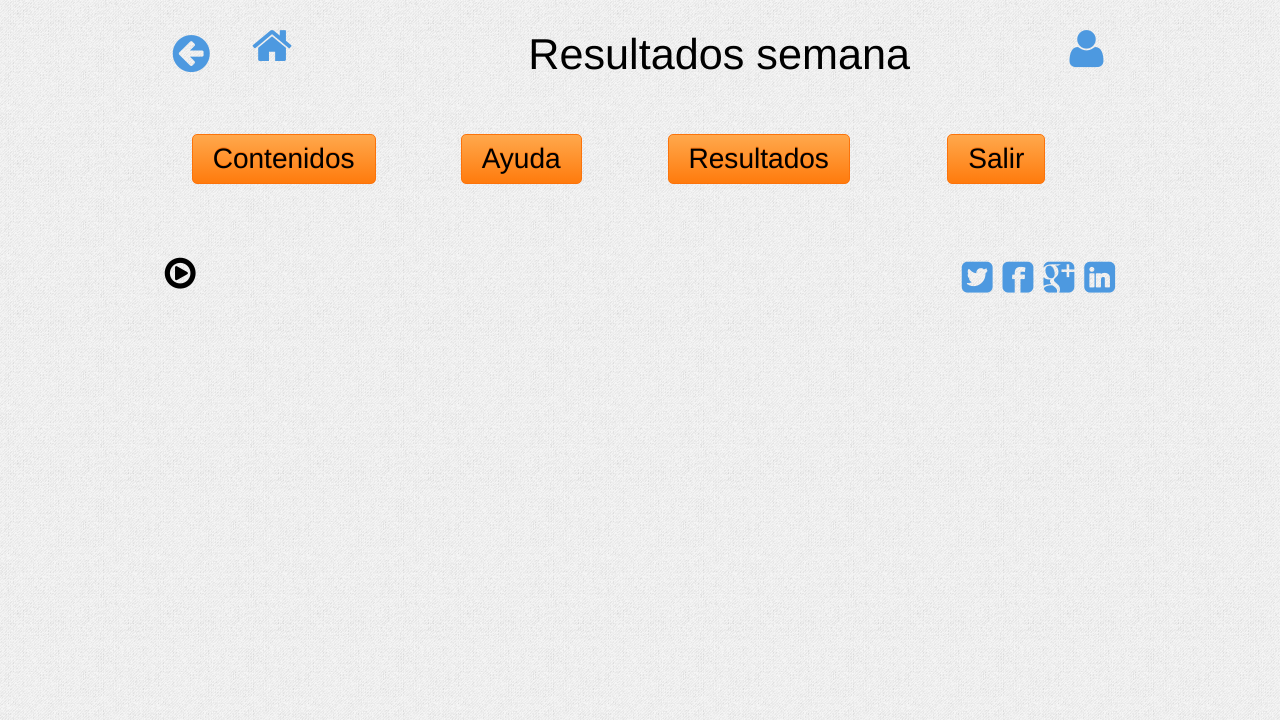
Repository: SCeruso/RememberMe
Page: resultados_semana.html
The author's editor kept a record of every edit. The page is drawn from the files as they stood at one moment, then again after the next edit.
The browser window is 1280 px wide. The pictures show the whole page.
Some web libraries are served in a nearby version.

Above is the page before.

### resultados_semana.html
<!DOCTYPE html>
<html>
<head>
	<!-- META -->
	<title>HTML KickStart Elements</title>
	<meta charset="UTF-8">
	<meta name="viewport" content="width=device-width, initial-scale=1.0"/>
	<meta name="description" content="" />

	<!-- CSS -->
	<link rel="stylesheet" type="text/css" href="css/kickstart.css" media="all" />
	<link rel="stylesheet" type="text/css" href="style.css" media="all" />

	<!-- Javascript -->
	<script type="text/javascript" src="https://ajax.googleapis.com/ajax/libs/jquery/1.9.1/jquery.min.js"></script>
	<script type="text/javascript" src="js/kickstart.js"></script>

</head>
<body>
<div class="grid">
	<div class="col_12">
	    <div class="col_1">
        <h2 class="left">
               <a href="tusimagenes.html">
                  <i class="icon-circle-arrow-left"></i>
                </a>
        </h2>
        </div>
        <div class="col_2">
        <h2 class="left">
                <a href="juegosde.html">
                    <i class="icon-home pull-left"></i>
                </a>
        </div>
        </h2>
        <div class="col_8">
        <h2 class="center">
               <p>Resultados semana</p>
        </h2></div>
        <h2>
        		<a href = "perfil.html">
               <i class="icon-user icon-border pull-right" title="Mi perfil"></i>
		</a>
		</h2>
		<br>
    </div>








    <div class="col_12">
        <div class="col_3">
            <h5 style="margin-bottom:40px;" class="center">
                <a class="large button orange" href="contenido.html"><font color="black">Contenidos</font></a>
            </h5>
        </div>
        <div class="col_3">
            <h5 style="margin-bottom:40px;" class="center">
                <a class="large button orange" href="registrarse.html"><font color="black">Ayuda</font></a>
            </h5>
        </div>
        <div class="col_3">
            <h5 style="margin-bottom:40px;" class="center">
                <a class="large button orange" href="registrarse.html"><font color="black">Resultados</font></a>
            </h5>
        </div>
        <div class="col_3">
            <h5 style="margin-bottom:40px;" class="center">
                <a class="large button orange" href="bienvenido.html"><font color="black">Salir</font></a>
            </h5>
        </div>
    </div>

    <div class="col_12">
        <h3 class="right">
            <a href = "http://www.twitter.com" target = "blank">
                <i class="icon-twitter-sign" title= "Twitter"></i></a>
            <a href = "http://www.facebook.com" target = "blank">
                <i class="icon-facebook-sign" title= "Facebook"></i></a>
            <a href = "http://www.google.com" target = "blank">
                <i class="icon-google-plus-sign" title= "Google +"></i></a>
            <a href = "http://www.linkedin.com" target = "blank">
                <i class="icon-linkedin-sign" title= "Linkedin"></i></a>
            <i class=" icon-play-circle pull-left"></i>

        </h3>
    </div>
</div> <!-- End Grid -->
</body>
</html>

### style.css
/*
	99Lime.com HTML KickStart by Joshua Gatcke
	style.css

*/

/*---------------------------------
	IMPORTS
-----------------------------------*/
@import url(http://fonts.googleapis.com/css?family=Arimo:400,700);

/*---------------------------------
	OVERRIDES
-----------------------------------*/
h1,h2,h3,h4,h5,h6{
font-family: "Arimo", arial, verdana, sans-serif;
font-weight:normal;
}

thead th,
tbody th{
font-family: "Arimo", arial, verdana, sans-serif;
}

button,
a.btn,
input[type="submit"],
input[type="reset"],
input[type="button"]{
font-family: "Arimo", arial, verdana, sans-serif;
}

.menu{
font-family: "Arimo", arial, verdana, sans-serif;
}

blockquote{
font-family: "Arimo", arial, verdana, sans-serif;
}

/*---------------------------------
	LAYOUT
-----------------------------------*/
body{
margin:0;
padding:0 0 0 0;
color:#000;
/*background-repeat:repeat;*/
background:#efefef url(css/img/gray_jean.png);
/*background-size:cover;*/
/*background-image:url(css/img/gray_jean.png);*/
font:normal 0.9em/150% 'Arimo', arial, verdana, sans-serif;
text-shadow: 0 0 1px transparent; /* google font pixelation fix */
}

#wrap{
width:100%;
background:#fff;
margin:30px auto 30px auto;
padding:0 2%;
border:1px solid #ccc;
}


#footer{
text-align:center;
padding:20px;
margin:0;
border-top:1px solid #ddd;
color:#999;
font-size:0.8em;
text-shadow:0px 1px 1px #fff;
position: relative;
top:0;
left:0;
background:#fff;
}

	#link-top{
	display:none;
	}

/* NAV BAR*/
.navbar{
position:fixed;
top:0;
left:0;
width: 100%;
background:#000;
color:#fff;
z-index:1000;
}

	.navbar #logo{
	position:absolute;
	top:0;
	right:0;
	padding:0.5em 1em;
	font-size: 1.7em;
	color:#efefef;
	text-decoration:none;
	}

	.navbar span{
	color:#86dc00;
	}


	.navbar ul{
	display:inline-block;
	margin:0;
	padding:0;
	}

		.navbar li{
		margin:0;
		padding:0;
		list-style-type:0;
		display:inline-block;
		}

		.navbar li a{
		display:inline-block;
		color:#efefef;
		padding:1em 1.3em;
		text-decoration:none;
		text-transform: uppercase;
		line-height:100%;
		font-size: 1.2em;
		}

.callout{
background:#4598ef;/*#86dc00;*/
padding:3em 0;
color:#fff;
box-shadow:inset 0 0 10px rgba(0,0,0,0.2);
text-align: center;
text-shadow:0px 1px 3px rgba(0,0,0,0.2);
display:block;
}
	.callout + div.grid{margin-top:50px;}
	 a.callout{cursor:pointer;}
	 .callout i.icon-4x{font-size:6em;}
	 .callout h4{margin-bottom:30px;}
	 .callout-top{margin:50px 0 0 0;}
	 .callout p{margin-bottom:0;}
	 .callout .button{margin-top:10px;}
	 .callout.green{background:#19ad0b;/*#86dc00;*/}

#mc_embed_signup{
padding:30px 0;
}

#ui-preview{
border:5px solid #ddd;
margin:30px 0;
display:block;
}

### css/kickstart-forms.css
/*---------------------------------
	FORMS
-----------------------------------*/
form{
padding:0;
margin:0;
}

fieldset{
margin:30px 0 20px 0;
padding:5px 15px 15px 15px;
border:1px solid #ccc;
background:#f5f5f5;
-moz-border-radius:5px;
-webkit-border-radius:5px;
border-radius:5px;
position: relative;
top:0;
left:0;
}

	legend{
	-moz-border-radius:5px;
	-webkit-border-radius:5px;
	border-radius:5px;
	border:1px solid #ccc;
	background:#f5f5f5;
	padding:2px 10px;
	margin:0 0 0 0;
	display:block;
	position: relative;
	top:0;
	left:0;
	}

	/*IE ONLY - I know, this is a stop gap*/
	.msie fieldset{padding-top:25px;}
	.msie legend{position:absolute;top:-0.7em;left:10px;}

label{
display:inline-block;
*display:inline;
vertical-align: middle;
margin:0;
padding:0;
position:relative;
top:0;
left:0;
zoom:1;
-moz-box-sizing: border-box;
-webkit-box-sizing: border-box;
box-sizing: border-box;
}

	label.inline{
	display:inline;
	margin:0;
	}

	label span{
	color:#999;
	font-size:0.9em;
	}

	label span.right{
	position:absolute;
	bottom:0;
	right:0;
	text-align:right;
	display:inline-block;
	*display:inline;
	}

	label.disabled{
	color:#ccc;
	}

input{
display:inline-block;
*display:inline;
vertical-align: middle;
width:auto;
zoom:1;
margin:0;
border:1px solid #ccc;
font-size:1em;
padding:5px 0;
text-indent: 5px;
-moz-border-radius:5px;
-webkit-border-radius:5px;
border-radius:5px;
background:#fff;
-moz-box-shadow:inset 0 0 6px #ccc;
-webkit-box-shadow:inset 0 1px 6px #ccc;
box-shadow:inset 0 1px 6px #ccc;
-moz-box-sizing: border-box;
-webkit-box-sizing: border-box;
box-sizing: border-box;
}

	input::-webkit-input-placeholder,
	input:-moz-placeholder,
	.placeholder{
	color:#bbb;
	}

	input::-moz-focus-inner {border:0;}

	input[disabled="disabled"], input.disabled{
	color:#999;
	background:#f5f5f5;
	-moz-box-shadow:inset 0 0 2px #ddd;
	-webkit-box-shadow:inset 0 1px 2px #ddd;
	box-shadow:inset 0 1px 2px #ddd;
	}

	/* FOCUS STATES */
	input[type="text"]:focus,
	textarea:focus,
	button:focus,
	a.button:focus,
	select:focus,
	input[type="file"]:focus,
	input[type="password"]:focus{
	-webkit-box-shadow: 0 0 7px #6DB9FF;
	-moz-box-shadow   : 0 0 7px #6DB9FF;
	box-shadow        : 0 0 7px #6DB9FF;
	border: 1px solid #50B1FE;
	outline: none;
	}

	/* TRANSITION */
	input[type="text"],
	textarea,
	button,
	a.button,
	a,
	input[type="file"]{
	-moz-transition: -moz-box-shadow 0.5s, border 0.5s, background 0.5s;
	-webkit-transition: -webkit-box-shadow 0.5s, border 0.5s, background 0.5s;
	-o-transition:  box-shadow 0.5s, border 0.5s, background 0.5s;
	transition: box-shadow 0.5s, border 0.5s, background 0.5s;
	}

input.checkbox,
input[type="checkbox"]{
display:inline;
width:auto;
margin:0;
padding:0;
border:0;
background:none;
vertical-align:center;
*vertical-align: top;
}

input.radio,
input[type="radio"]{
display:inline;
width:auto;
margin:0;
padding:0;
border:0;
background:none;
vertical-align:center;
*vertical-align: top;
}

	input[type="radio"]:focus,
	input[ type="checkbox"]:focus{
	-webkit-box-shadow: 0 0 5px #6DB9FF;
	-moz-box-shadow   : 0 0 5px #6DB9FF;
	box-shadow        : 0 0 5px #6DB9FF;
	outline-color: #6DB9FF;
	}

input.file,
input[type="file"]{
/*font-size:0.8em;*/
-moz-box-shadow:none;
-webkit-box-shadow:none;
box-shadow:none;
border:none;
}

select{
display:inline;
width:auto;
margin:0;
border:1px solid #ccc;
line-height:100%;
padding:3px;
vertical-align: middle;
}

        select[disabled="disabled"], select.disabled{
        color:#999;
        background:#f5f5f5;
        -moz-box-shadow:inset 0 0 2px #ddd;
        -webkit-box-shadow:inset 0 1px 2px #ddd;
        box-shadow:inset 0 1px 2px #ddd;
        }

textarea{
width:auto;
height:200px;
margin:0;
border:1px solid #ccc;
padding:5px;
vertical-align: middle;
font-family:inherit;
font-size:0.9em;
-moz-border-radius:5px;
-webkit-border-radius:5px;
border-radius:5px;
-moz-box-shadow:inset 0 0 6px #ccc;
-webkit-box-shadow:inset 0 1px 6px #ccc;
box-shadow:inset 0 1px 6px #ccc;
-moz-box-sizing: border-box;
-webkit-box-sizing: border-box;
box-sizing: border-box;
}

/*---------------------------------
	COLUMN SIZES
-----------------------------------*/

/* sizes */
input[class*="col_"],
select[class*="col_"],
label[class*="col_"]{
float:none;display:inline-block;*display:inline;margin-bottom:0;
*margin-left: 0.5%;*margin-right: 0.5%;/* this is for IE 7 Only and is not a good fix - work needed here */
}

/*---------------------------------
	FORMS VERTICAL
-----------------------------------*/
form.vertical{

}

	form.vertical label{display:block;}
	form.vertical input,
	form.vertical select,
	form.vertical textarea{width:100%;display:block;margin-bottom:10px;}
	form.vertical .chzn-container{display:block;margin-bottom:10px;}
	form.vertical .chzn-choices{display:block;margin-bottom:10px;}

	/* radios & checks */
	form.vertical input.checkbox,
	form.vertical input[type="checkbox"],
	form.vertical input.radio,
	form.vertical input[type="radio"],
	form.vertical label.inline{display:inline;width:auto;margin:0;}
/*---------------------------------
	FORM VALIDATION
-----------------------------------*/
label.error{color:red;}
input.error{border:1px solid red;}
select.error{border:1px solid red;}

/*---------------------------------
	NOTICES
-----------------------------------*/
.notice{
border:1px solid gold;
background:lightyellow;
padding:10px 20px 10px 40px;
margin:10px 0;
-moz-border-radius:5px;
-webkit-border-radius:5px;
border-radius:5px;
color:#DEAE00;
line-height:120%;
vertical-align: center;
text-shadow:0px 1px rgba(255,255,255,0.5);
position:relative;
top:0;
left:0;
clear:both;
}

	.notice.warning{}/*default*/
	.notice.error{border:1px solid red;background:pink;color:red;}
	.notice.success{border:1px solid green;background:lightgreen;color:green;}
	.notice i[class^='icon-']{position:absolute;top:50%;left:0.8em;margin-top:-0.6em;}
	.notice a[class^='icon-remove'],
	.notice a[class^='icon-remove']:active,
	.notice a[class^='icon-remove']:visited{font-size:12px;position:absolute;top:5px;right:5px;left:auto;color:inherit;margin-top:0;left:auto;}

### css/kickstart-grid.css
/*
	99Lime.com HTML KickStart by Joshua Gatcke
	kickstart-grids.css

	DO NOT EDIT THIS FILE unless you know what you are doing.
*/
/*---------------------------------
	GRID/COLUMNS
-----------------------------------
	tinyfluidgrid.com
	& girlfriendnyc.com
	with changes by 99Lime
-----------------------------------*/
 /*
 & Columns : 12
 & Gutter %: 20%
 & MaxWidth: 1280px
 */

.grid{
max-width:1220px;
margin:0 auto;
padding:0 2em;
}

.grid.flex{
width:100%;
max-width:100%;
padding:0 2%;
padding:2em;
}

.row{
display:block;
overflow:hidden;
clear:both;
}

*[class*="col_"].alpha{margin-left:0;}
*[class*="col_"].omega{margin-right:0;}

.col_1  { width: 6.6666666666667%; }
.col_2  { width: 15%; }
.col_3  { width: 23.333333333333%; }
.col_4  { width: 31.666666666667%; }
.col_5  { width: 40%; }
.col_6  { width: 48.333333333333%; }
.col_7  { width: 56.666666666667%; }
.col_8  { width: 65%; }
.col_9  { width: 73.333333333333%; }
.col_10 { width: 81.666666666667%; }
.col_11 { width: 90%; }
.col_12 { width: 98.333333333333%; }

*[class*="col_"]{
margin-left: 0.83333333333333%;
margin-right: 0.83333333333333%;
margin-top:0.5em;
margin-bottom:0.5em;
float: left;
display: block;
}

.grid img{
max-width: 100%;
height:auto;
}

.clear{clear:both;display:block;overflow:hidden;visibility:hidden;width:0;height:0}
.clearfix:after{clear:both;content:' ';display:block;font-size:0;line-height:0;visibility:hidden;width:0;height:0}
* html .clearfix, *:first-child+html .clearfix{zoom:1}

/* Viewable Grids
	To view your grids, add the class .visible to any grid container.
	This will add a background color so you can see the layout of your grids.
*/
*[class*="col_"].visible{
background:#eee;
border:1px dotted #ccc;
}


/*---------------------------------
	Responsive Grid Media Queries - 1280, 1024, 768, 480
	1280-1024 	- desktop (default grid)
	1024-768 	- tablet landscape
	768-480 	- tablet
	480-less 	- phone landscape & smaller
-----------------------------------*/
@media all and (min-width: 1024px) and (max-width: 1280px) {

	.grid *[class*="col_"]{}
	.grid{max-width: 1024px;}
	.show-desktop	{display:block;}
	.hide-desktop	{display:none;}
	.show-tablet	{display:none;}
	.hide-tablet	{display:block;}
	.show-phone		{display:none;}
	.hide-phone		{display:block;}

}

@media all and (min-width: 768px) and (max-width: 1024px) {

	.grid *[class*="col_"]{}
	.grid{max-width: 768px;}
	.show-desktop	{display:none;}
	.hide-desktop	{display:block;}
	.show-tablet	{display:block;}
	.hide-tablet	{display:none;}
	.show-phone		{display:none;}
	.hide-phone		{display:block;}

}


@media all and (min-width: 480px) and (max-width: 768px) {

	.grid *[class*="col_"]{
	float:none;
	width:auto;
	clear:both;
	display:block;
	}

	/* columns inside of columns */
	.grid *[class*="col_"] [class*="col_"]{
	margin-left:0;
	margin-right:0;
	width:100%;
	}

	.grid{max-width: 480px;}
	.show-desktop	{display:none;}
	.hide-desktop	{display:block;}
	.show-tablet	{display:block;}
	.hide-tablet	{display:none;}
	.show-phone		{display:none;}
	.hide-phone		{display:block;}

}

@media all and (max-width: 480px) {

	.grid *[class*="col_"]{
	float:none;
	width:auto;
	clear:both;
	display:block;
	}

	/* columns inside of columns */
	.grid *[class*="col_"] [class*="col_"]{
	margin-left:0;
	margin-right:0;
	width:100%;
	}

	.grid{max-width: 100%;/*320*/}
	.show-desktop	{display:none;}
	.hide-desktop	{display:block;}
	.show-tablet	{display:none;}
	.hide-tablet	{display:block;}
	.show-phone		{display:block;}
	.hide-phone		{display:none;}

}

### css/kickstart-slideshow.css
/*---------------------------------
	SLIDESHOW2 - Slight Fixes for the slideshow layout *needs work
-----------------------------------*/

	.slideshow{
	clear:both;
	margin:0;
	padding:0;
	width:auto;
	height:auto;
	overflow:hidden;
	}

		.slideshow li{
		list-style-type:none;
		margin:0;
		padding:0;
		float:left;
		display:block;
		}

/**
 * BxSlider v4.0 - Fully loaded, responsive content slider
 * http://bxslider.com
 *
 * Written by: Steven Wanderski, 2012
 * http://stevenwanderski.com
 * (while drinking Belgian ales and listening to jazz)
 *
 * CEO and founder of bxCreative, LTD
 * http://bxcreative.com
 */


/** RESET AND LAYOUT
===================================*/
.bx-wrapper, .bx-wrapper *{
	-webkit-box-sizing: content-box; /* Safari/Chrome, other WebKit */
  	-moz-box-sizing: content-box;    /* Firefox, other Gecko */
  	box-sizing: content-box;         /* Opera/IE 8+ */
}

.bx-wrapper {
	position: relative;
	margin: 0 0 60px;
	padding: 0;
	*zoom: 1;
}

.bx-wrapper img {
	width: 100%;
	display: block;
}

/** THEME
===================================*/

.bx-wrapper .bx-viewport {
	-moz-box-shadow: 0 0 5px #ccc;
	-webkit-box-shadow: 0 0 5px #ccc;
	box-shadow: 0 0 5px #ccc;
	border: solid #fff 5px;
	left: 0;
	background: #fff;
}

.bx-wrapper .bx-pager,
.bx-wrapper .bx-controls-auto {
	position: absolute;
	bottom: -30px;
	width: 100%;
}

/* LOADER */

.bx-wrapper .bx-loading {
	min-height: 50px;
	background: url(img/bx_loader.gif) center center no-repeat #fff;
	height: 100%;
	width: 100%;
	position: absolute;
	top: 0;
	left: 0;
	z-index: 2000;
}

/* PAGER */

.bx-wrapper .bx-pager {
	text-align: center;
	font-size: .85em;
	font-family: Arial;
	font-weight: bold;
	color: #666;
	padding-top: 20px;
}

.bx-wrapper .bx-pager .bx-pager-item,
.bx-wrapper .bx-controls-auto .bx-controls-auto-item {
	display: inline-block;
	*zoom: 1;
	*display: inline;
}

.bx-wrapper .bx-pager.bx-default-pager a {
	background: #666;
	text-indent: -9999px;
	display: block;
	width: 10px;
	height: 10px;
	margin: 0 5px;
	outline: 0;
	-moz-border-radius: 5px;
	-webkit-border-radius: 5px;
	border-radius: 5px;
}

.bx-wrapper .bx-pager.bx-default-pager a:hover,
.bx-wrapper .bx-pager.bx-default-pager a.active {
	background: #000;
}

/* DIRECTION CONTROLS (NEXT / PREV) */

.bx-wrapper .bx-prev {
	left: 10px;
	background: url(img/controls.png) no-repeat 0 -32px;
}

.bx-wrapper .bx-next {
	right: 10px;
	background: url(img/controls.png) no-repeat -43px -32px;
}

.bx-wrapper .bx-prev:hover {
	background-position: 0 0;
}

.bx-wrapper .bx-next:hover {
	background-position: -43px 0;
}

.bx-wrapper .bx-controls-direction a {
	position: absolute;
	top: 50%;
	margin-top: -16px;
	outline: 0;
	width: 32px;
	height: 32px;
	text-indent: -9999px;
	z-index: 9999;
}

.bx-wrapper .bx-controls-direction a.disabled {
	display: none;
}

/* AUTO CONTROLS (START / STOP) */

.bx-wrapper .bx-controls-auto {
	text-align: center;
}

.bx-wrapper .bx-controls-auto .bx-start {
	display: block;
	text-indent: -9999px;
	width: 10px;
	height: 11px;
	outline: 0;
	background: url(img/controls.png) -86px -11px no-repeat;
	margin: 0 3px;
}

.bx-wrapper .bx-controls-auto .bx-start:hover,
.bx-wrapper .bx-controls-auto .bx-start.active {
	background-position: -86px 0;
}

.bx-wrapper .bx-controls-auto .bx-stop {
	display: block;
	text-indent: -9999px;
	width: 9px;
	height: 11px;
	outline: 0;
	background: url(img/controls.png) -86px -44px no-repeat;
	margin: 0 3px;
}

.bx-wrapper .bx-controls-auto .bx-stop:hover,
.bx-wrapper .bx-controls-auto .bx-stop.active {
	background-position: -86px -33px;
}

/* PAGER WITH AUTO-CONTROLS HYBRID LAYOUT */

.bx-wrapper .bx-controls.bx-has-controls-auto.bx-has-pager .bx-pager {
	text-align: left;
	width: 80%;
}

.bx-wrapper .bx-controls.bx-has-controls-auto.bx-has-pager .bx-controls-auto {
	right: 0;
	width: 35px;
}

/* IMAGE CAPTIONS */

.bx-wrapper .bx-caption {
	position: absolute;
	bottom: 0;
	left: 0;
	background: #666\9;
	background: rgba(80, 80, 80, 0.75);
	width: 100%;
}

.bx-wrapper .bx-caption span {
	color: #fff;
	font-family: Arial;
	display: block;
	font-size: .85em;
	padding: 10px;
}

### css/tiptip.css
/*
	TipTip CSS - Version 1.2
	http://code.drewwilson.com/entry/tiptip-jquery-plugin
*/

#tiptip_holder { display: none; position: absolute; top: 0; left: 0; z-index: 99999; }
#tiptip_holder.tip_top { padding-bottom: 5px; }
#tiptip_holder.tip_bottom { padding-top: 5px; }
#tiptip_holder.tip_right { padding-left: 5px; }
#tiptip_holder.tip_left { padding-right: 5px; }

#tiptip_content {
font-size: 11px;
color: #fff;
text-shadow: 0 0 2px #000;
padding: 4px 8px;
border: 1px solid rgba(255,255,255,0.25);
background:#212121;
background-color: rgba(25,25,25,0.92);
background-image: -webkit-gradient(linear, 0% 0%, 0% 100%, from(transparent), to(#000));
-webkit-border-radius: 3px;
-moz-border-radius: 3px;
border-radius: 3px;
-webkit-box-shadow: 0 0 3px #555;
-moz-box-shadow: 0 0 3px #555;
box-shadow: 0 0 3px #555;
*background:#212121;
}

#tiptip_arrow, #tiptip_arrow_inner {
position: absolute;
border-color: transparent;
border-style: solid;
border-width: 6px;
height: 0;
width: 0;
}

#tiptip_holder.tip_top #tiptip_arrow {
border-top-color: #fff;
border-top-color: rgba(255,255,255,0.35);
}

#tiptip_holder.tip_bottom #tiptip_arrow {
border-bottom-color: #fff;
border-bottom-color: rgba(255,255,255,0.35);
}

#tiptip_holder.tip_right #tiptip_arrow {
border-right-color: #fff;
border-right-color: rgba(255,255,255,0.35);
}

#tiptip_holder.tip_left #tiptip_arrow {
border-left-color: #fff;
border-left-color: rgba(255,255,255,0.35);
}

#tiptip_holder.tip_top #tiptip_arrow_inner {
margin-top: -7px;
margin-left: -6px;
border-top-color: rgb(25,25,25);
border-top-color: rgba(25,25,25,0.92);
}

#tiptip_holder.tip_bottom #tiptip_arrow_inner {
margin-top: -5px;
margin-left: -6px;
border-bottom-color: rgb(25,25,25);
border-bottom-color: rgba(25,25,25,0.92);
}

#tiptip_holder.tip_right #tiptip_arrow_inner {
margin-top: -6px;
margin-left: -5px;
border-right-color: rgb(25,25,25);
border-right-color: rgba(25,25,25,0.92);
}

#tiptip_holder.tip_left #tiptip_arrow_inner {
margin-top: -6px;
margin-left: -7px;
border-left-color: rgb(25,25,25);
border-left-color: rgba(25,25,25,0.92);
}

/* Webkit Hacks  */
@media screen and (-webkit-min-device-pixel-ratio:0) {
	#tiptip_content {
		padding: 4px 8px 5px 8px;
		background-color: rgba(45,45,45,0.88);
	}
	#tiptip_holder.tip_bottom #tiptip_arrow_inner {
		border-bottom-color: rgba(45,45,45,0.88);
	}
	#tiptip_holder.tip_top #tiptip_arrow_inner {
		border-top-color: rgba(20,20,20,0.92);
	}
}

Loaded but not shown: css/jquery.fancybox-1.3.4.css (library); css/prettify.css (common file); css/fonts/fontawesome/css/font-awesome.min.css (library); js/kickstart.js (424 lines, source omitted); css/kickstart-buttons.css (369 lines, source omitted); css/kickstart.css (508 lines, source omitted); css/kickstart-menus.css (180 lines, source omitted)

After the next edit:
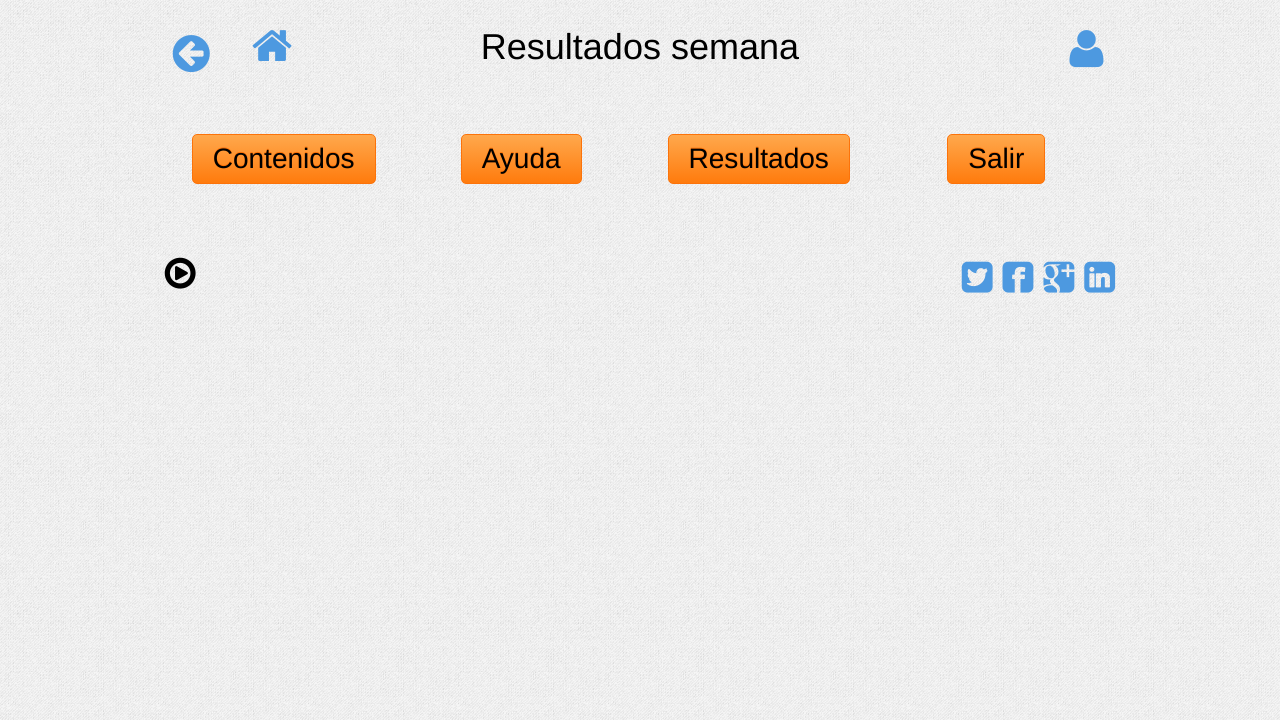
The edit:
--- a/resultados_semana.html
+++ b/resultados_semana.html
@@ -33,8 +33,8 @@
                 </a>
         </div>
         </h2>
-        <div class="col_8">
-        <h2 class="center">
+        <div class="col_6">
+        <h3 class="center">
                <p>Resultados semana</p>
         </h2></div>
         <h2>
